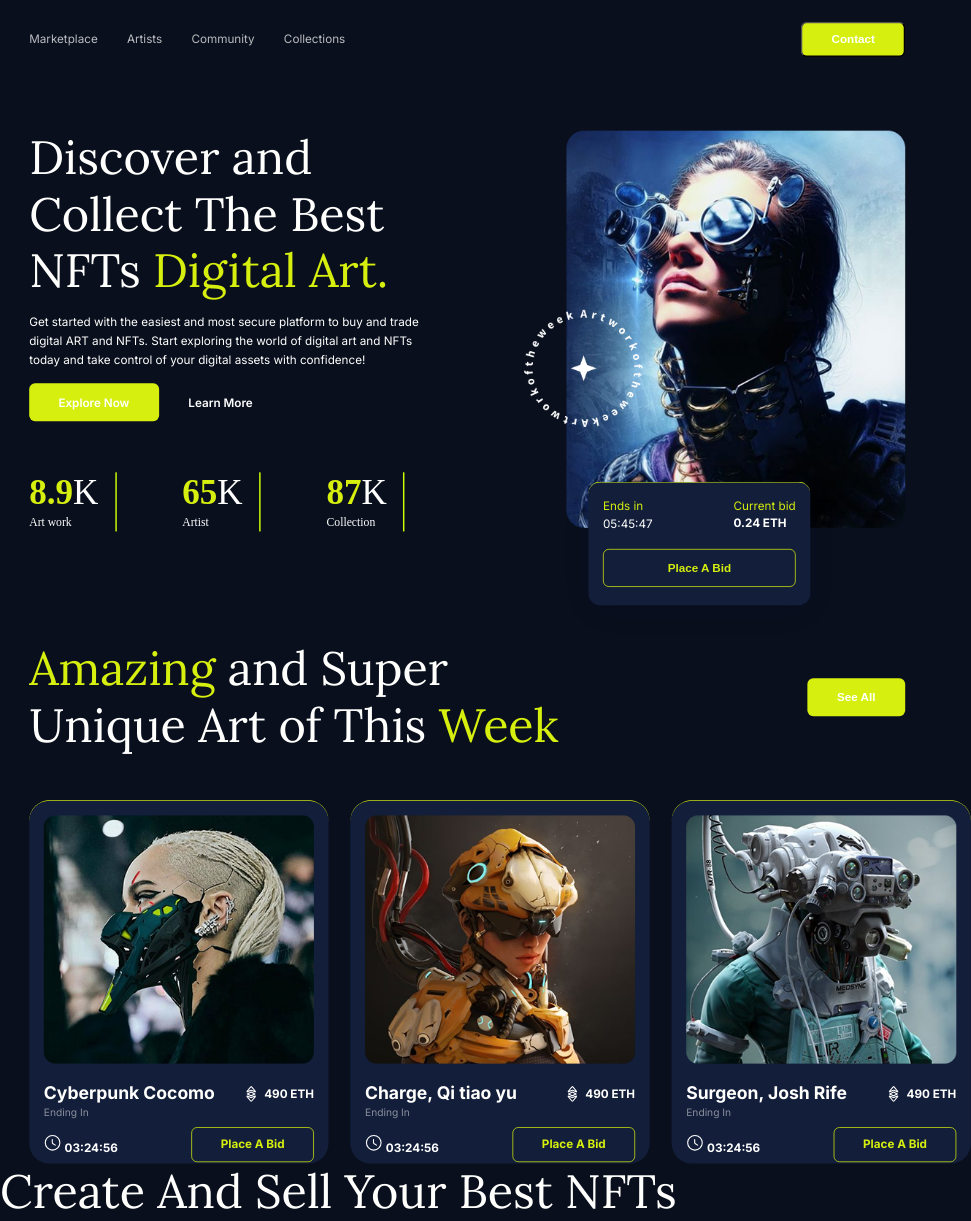
Repository: Kamron5505/NftMarketplace
Page: index.html
These files come from the project's save history. The page is drawn as it stood at one moment and after a run of saves; the edit follows.
The browser window is 1280 px wide. The page is 1330 px wide, so the pictures cover 1330 px, including what lies to the right of the window. The pictures show the whole page, at 73% of full size.

Above is the page before, as saved 2025-07-09 15:14:20.

After the next 2 saves:
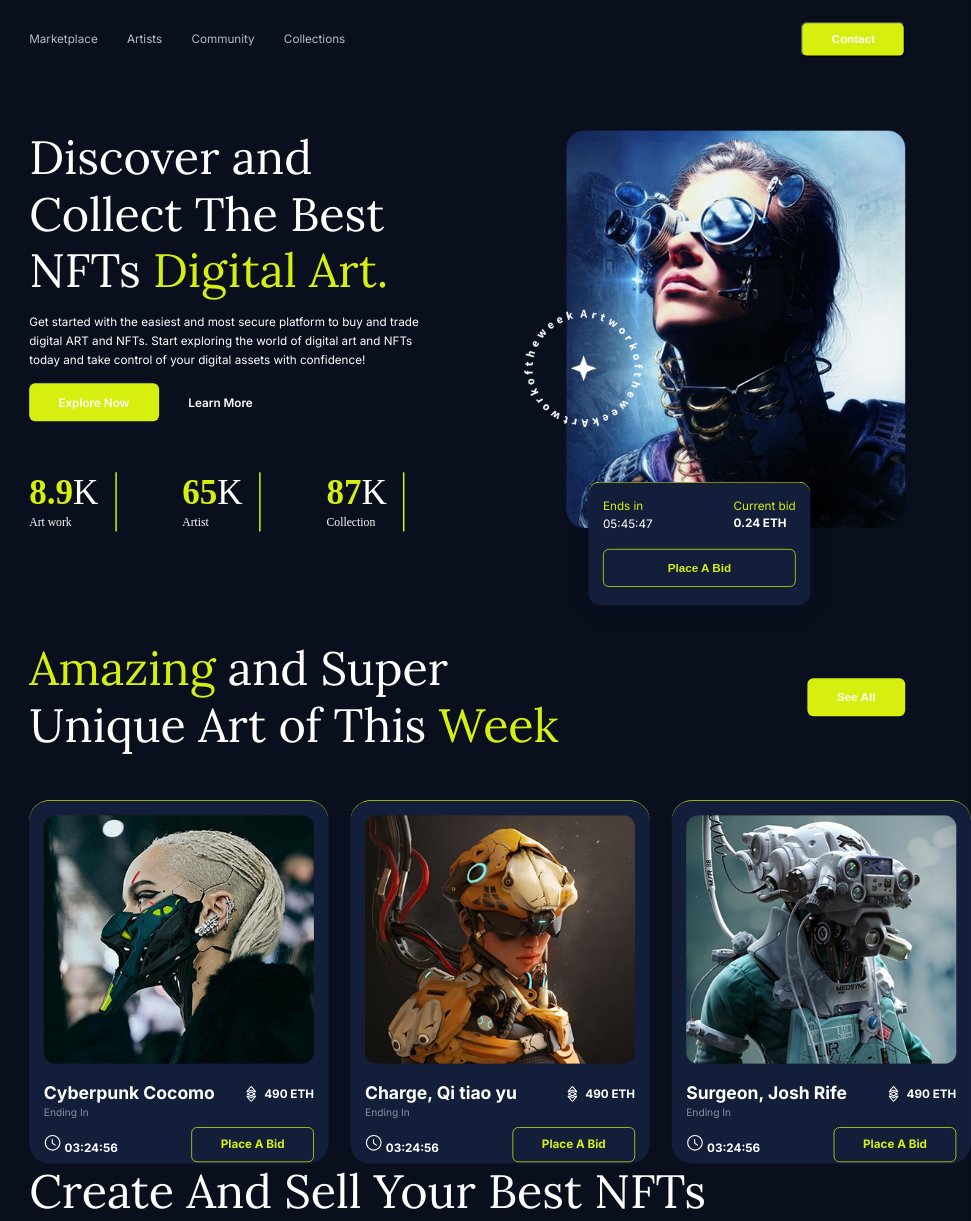
The 2 saves are shown as one change because they came seconds apart.
The last was saved 9 s later.
--- a/index.html
+++ b/index.html
@@ -241,10 +241,9 @@
         </section>
         <section class="selling">
             <div class="container">
-
+                <h1>Create And Sell
+                    Your <span>Best NFTs</span></h1>
             </div>
-            <h1>Create And Sell
-                Your <span>Best NFTs</span></h1>
 
         </section>
     </main>
